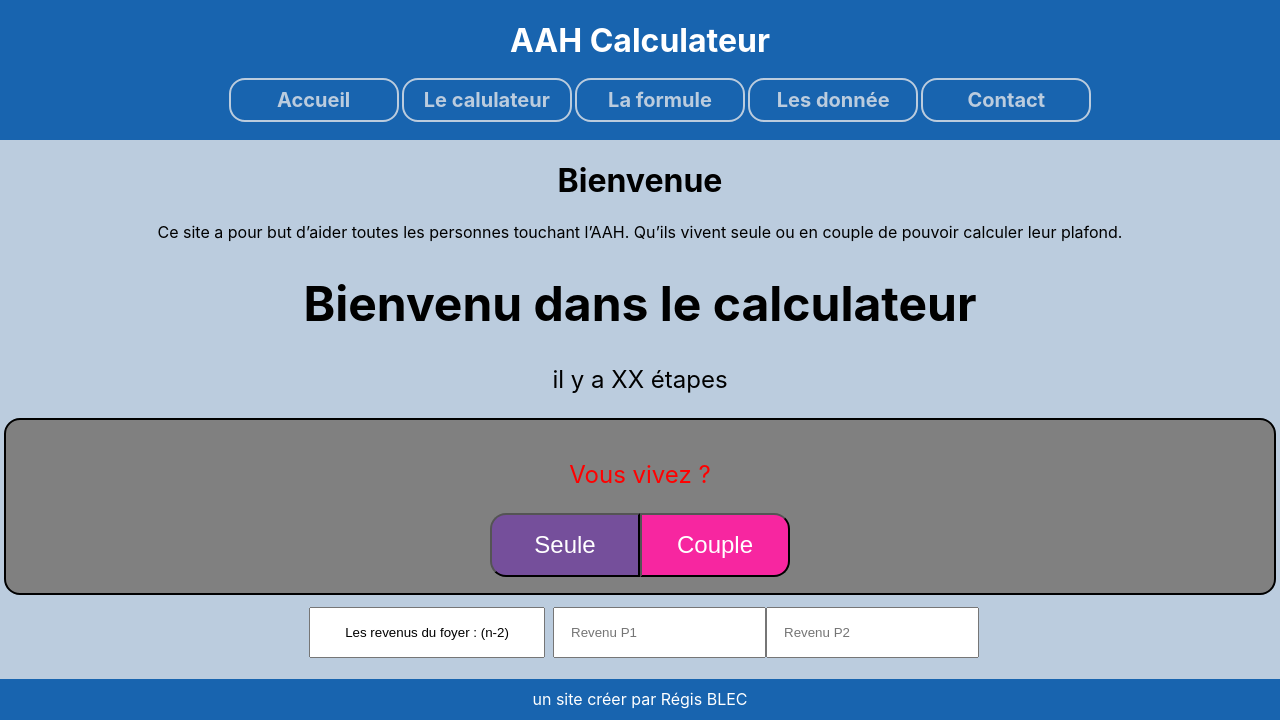
Repository: Cide74/calculateur-aah
Page: /
The author's editor kept a copy of each file at every save. The page is drawn from the files as they stood at one save, then again after a run of saves.
The browser window is 1280 px wide. The pictures show the whole page.
The project was rebuilt for these pictures with package versions that can differ from the ones it lists, and the page was loaded fresh each time.

Above is the page before, as saved 2021-04-05 19:48:43.

After the next 3 saves:
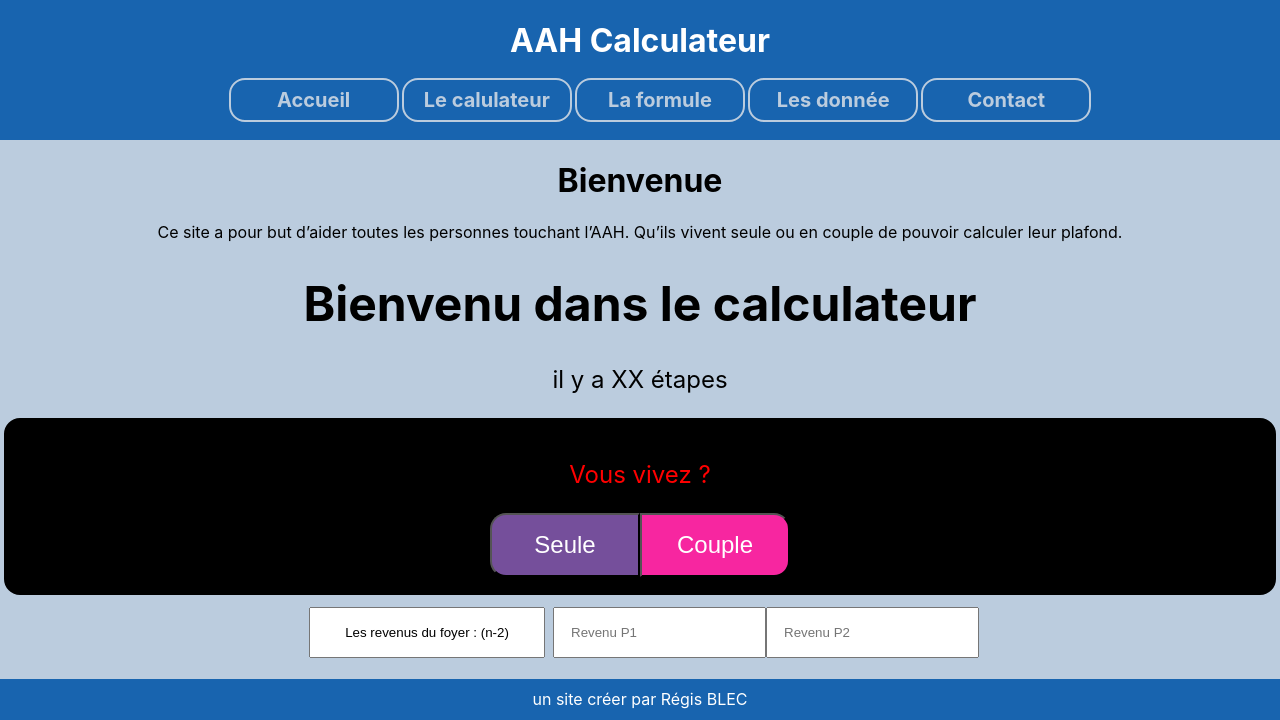
The 3 saves are shown as one change because they came seconds apart.
The last was saved 10 s later.
--- a/src/components/Calculator/Calculator.scss
+++ b/src/components/Calculator/Calculator.scss
@@ -7,7 +7,7 @@
         &-situation{
             border:2px solid black;
             color:red;
-            background-color: gray;
+            background-color: rgba($color: #000000, $alpha: 1.0);
             margin: 0.25rem;
             padding: 1rem;
             border-radius: 1rem

After the save that followed:
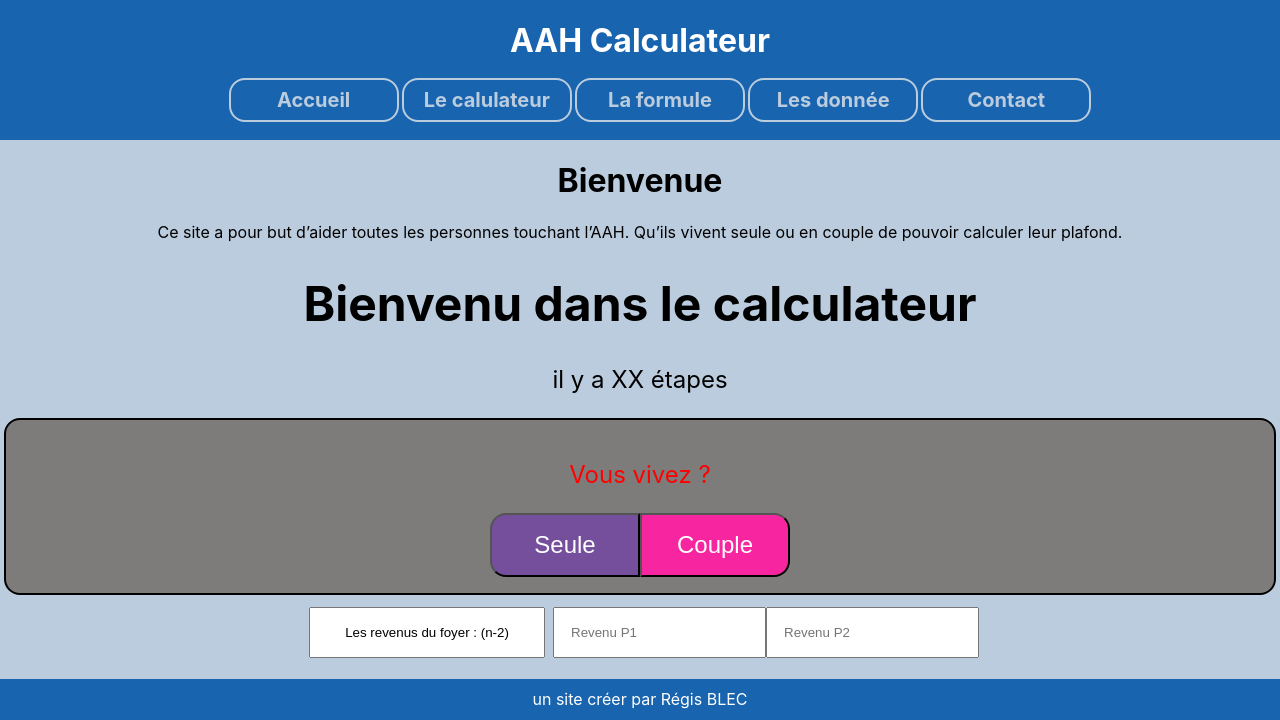
Saved 7 s later.
--- a/src/components/Calculator/Calculator.scss
+++ b/src/components/Calculator/Calculator.scss
@@ -7,7 +7,7 @@
         &-situation{
             border:2px solid black;
             color:red;
-            background-color: rgba($color: #000000, $alpha: 1.0);
+            background-color: rgba($color: #7e7b7b, $alpha: 1.0);
             margin: 0.25rem;
             padding: 1rem;
             border-radius: 1rem
